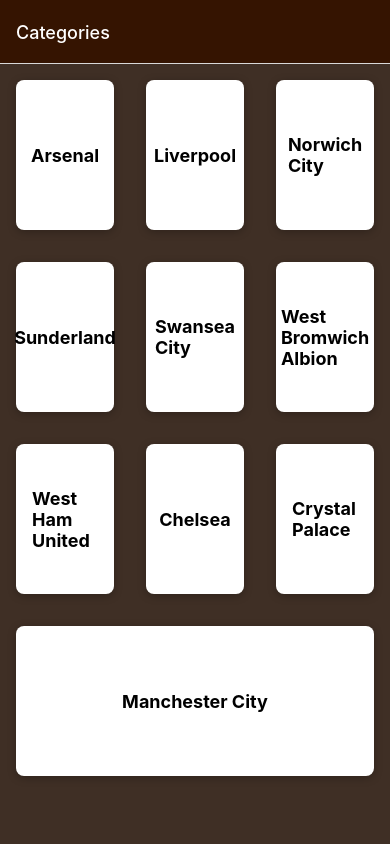
Repository: localanas/magasin_foot
Screen: /
These files come from the project's save history. The screen is drawn as it stood at one moment and after the next save; the edit follows.
An inner scrolling area shows only its first screen. The app was drawn by React Native's web renderer in a window 390 px wide. The project was rebuilt for these pictures with package versions that can differ from the ones it lists, and the page was loaded fresh each time. Also part of the build but not shown: components/MealItem.js, screens/MealsOverviewScreen.js.

Above is the screen before, as saved 2022-08-01 00:16:01.

After the next save:
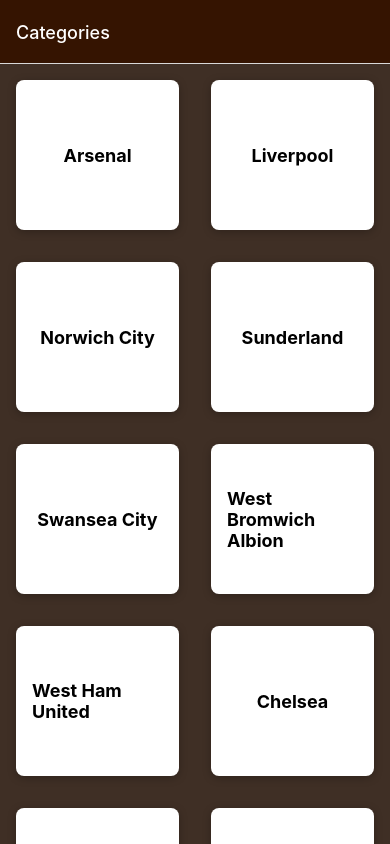
Saved 6 s later.
--- a/screens/CategoriesScreen.js
+++ b/screens/CategoriesScreen.js
@@ -26,7 +26,7 @@
       data={PRODUCTS}
       keyExtractor={(item) => item.ref}
       renderItem={renderCategoryItem}
-      numColumns={3}
+      numColumns={2}
     />
   );
 }
